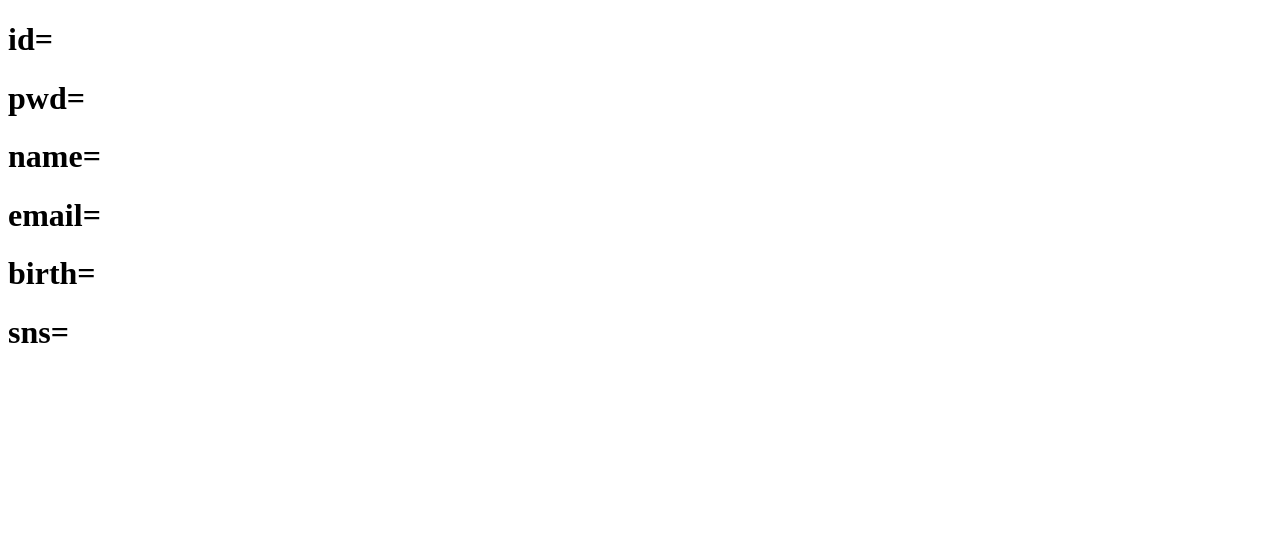
Repository: mmeaning/spring_basic
Page: http://localhost/ch2/registerInfo.jsp
An editor plug-in stored every save of this project. The page is shown before and after the next save, followed by the edit.
The browser window is 1280 px wide. The pictures show the whole page.
The page is served by Tomcat 9. Other server files are loaded and not shown.

Above is the page before, as saved 2023-11-23 07:15:33.

### ch2/src/main/webapp/registerInfo.jsp
<%@ page language="java" contentType="text/html; charset=UTF-8"
    pageEncoding="UTF-8"%>
<!DOCTYPE html>
<html>
<head>
<meta charset="UTF-8">
<title>Insert title here</title>
</head>
<body>
<h1>id=${param.id}</h1>
<h1>pwd=${param.pwd}</h1>
<h1>name=${param.name}</h1>
<h1>email=${param.email}</h1>
<h1>birth=${param.birth}</h1>
<h1>sns=${param.sns}</h1>
</body>
</html>

After the next save:
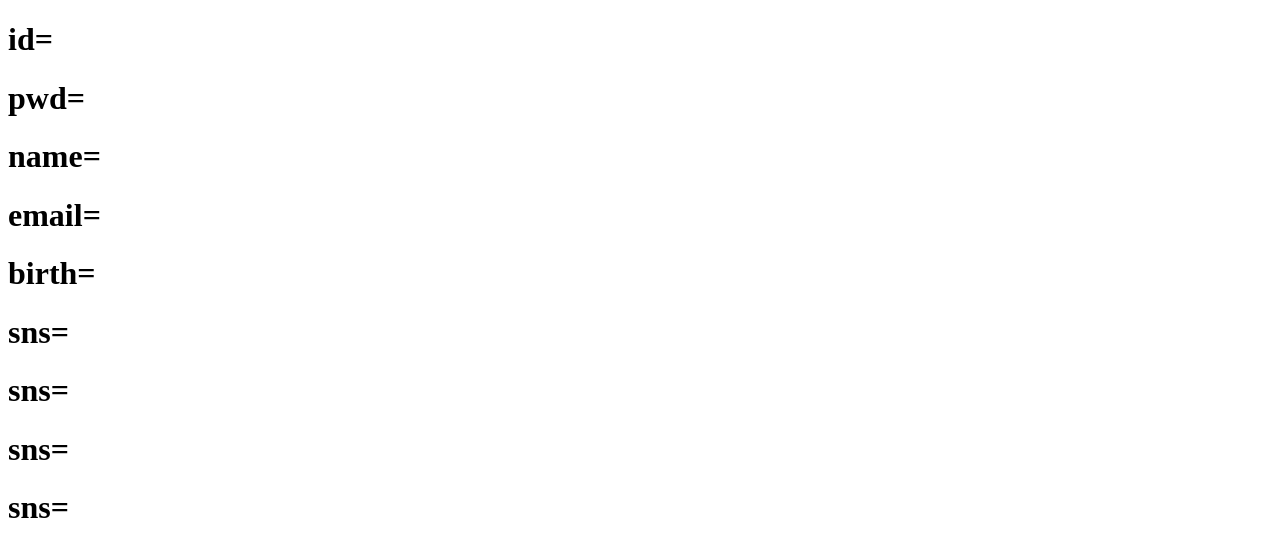
Saved 8 min 54 s later.
--- a/ch2/src/main/webapp/registerInfo.jsp
+++ b/ch2/src/main/webapp/registerInfo.jsp
@@ -13,5 +13,8 @@
 <h1>email=${param.email}</h1>
 <h1>birth=${param.birth}</h1>
 <h1>sns=${param.sns}</h1>
+<h1>sns=${paramValues.sns[0]}</h1>
+<h1>sns=${paramValues.sns[1]}</h1>
+<h1>sns=${paramValues.sns[2]}</h1>
 </body>
 </html>
